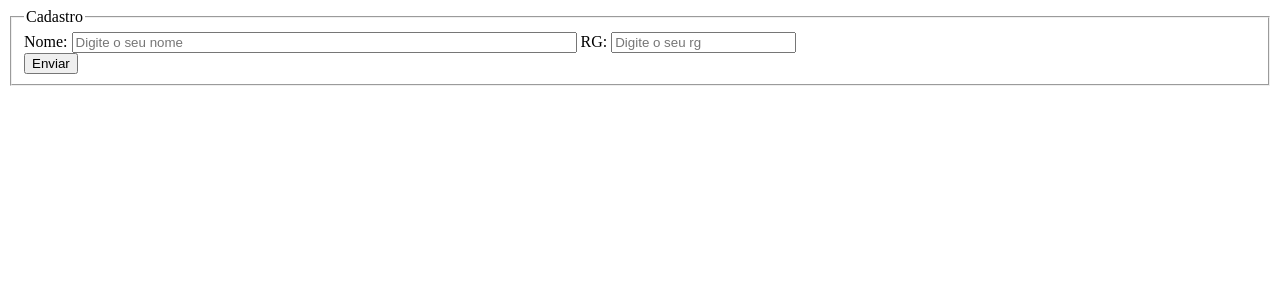
Repository: Lerif/WebServletLearning
Page: http://localhost/WebLearning/
An editor plug-in stored every save of this project. The page is shown before and after the next save, followed by the edit.
The browser window is 1280 px wide. The pictures show the whole page.
The page is served by Tomcat 9.

Above is the page before, as saved 2016-10-25 18:34:03.

After the next save:
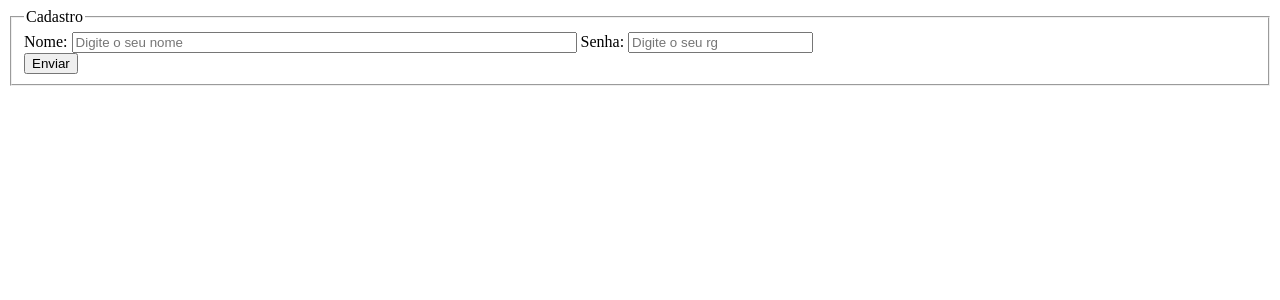
Saved 41 s later.
--- a/WebServelets/WebLearning/WebContent/TryJSP.jsp
+++ b/WebServelets/WebLearning/WebContent/TryJSP.jsp
@@ -12,8 +12,8 @@
 			<legend>Cadastro</legend>
 			Nome:
 			<input type="text" 	name="name" size="60" placeholder="Digite o seu nome" required/>
-			RG:
-			<input type="number" 	name="rg" size="60" placeholder="Digite o seu rg" required/>
+			Senha:
+			<input type="number" 	name="password" size="60" placeholder="Digite o seu rg" required/>
 			<br>
 			<button onClick="tratamentoErros()" value="Submit form">Enviar</button>
 		</fieldset>
